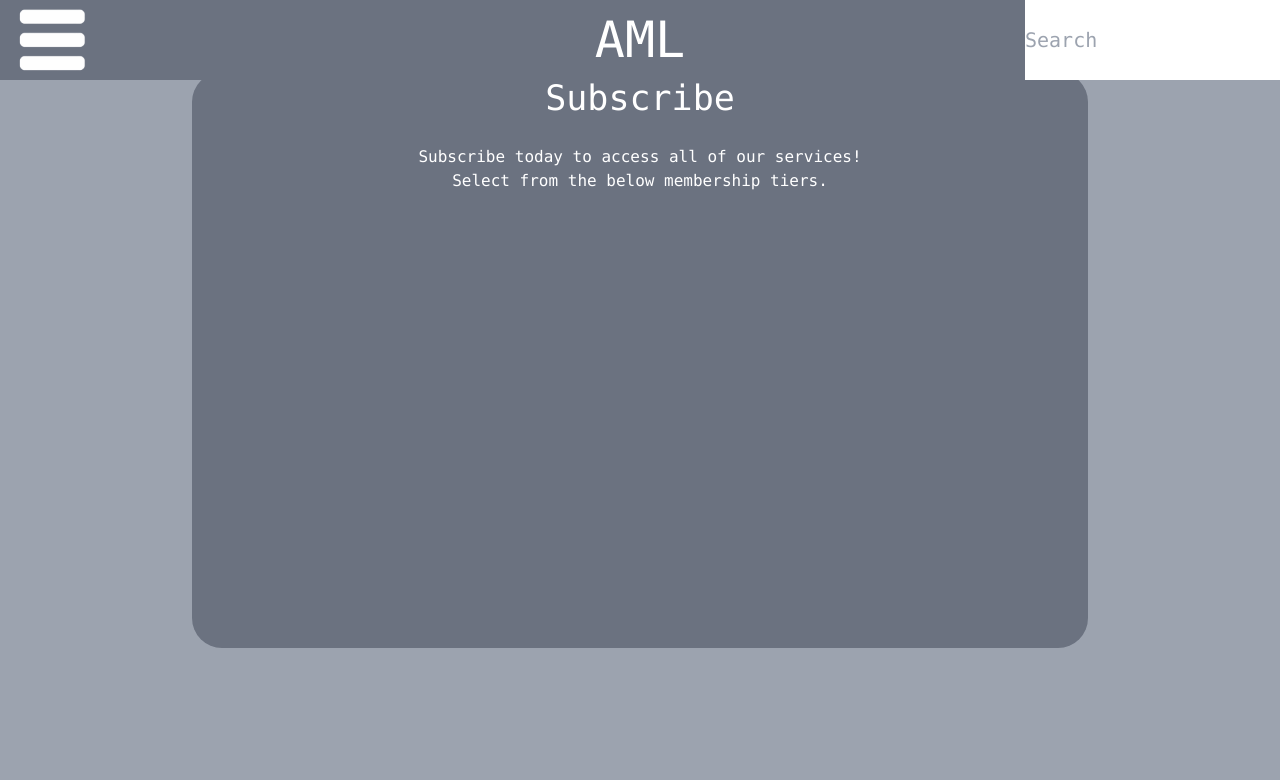
Repository: DuyKhanhDo/AML-Concept
Page: http://localhost/subscribe
These files come from the project's save history. The page is drawn as it stood at one moment and after the next save; the edit follows.
The browser window is 1280 px wide. The pictures show the whole page.
Some web libraries are served in a nearby version. The page is served by the project's Laravel application, run on PHP 8.4 with Laravel 12. A made-up administrator, Test User (test@example.com), is signed in.

Above is the page before, as saved 2024-11-11 12:50:51.

After the next save:
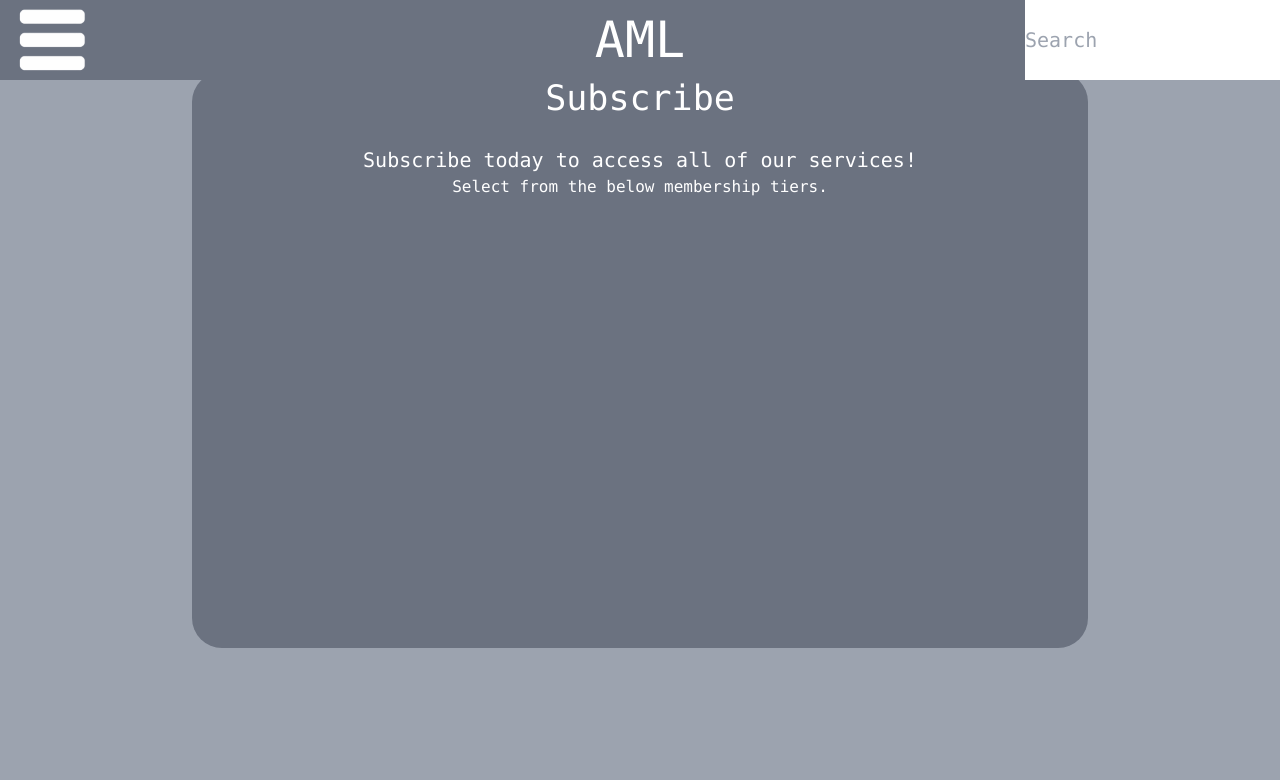
Saved 6 s later.
--- a/resources/views/subscribe.blade.php
+++ b/resources/views/subscribe.blade.php
@@ -3,7 +3,7 @@
         <main class="flex justify-center items-center h-screen">
             <div class="absolute top-[5vh] bg-gray-500 w-[70vw] h-[80vh] mt-[5vh] rounded-[30px] flex items-center flex-col">
                 <h1 class="text-[35px]">Subscribe</h1>
-                <h3 class="text-[20px mt-[20px]">Subscribe today to access all of our services!</h3>
+                <h3 class="text-[20px] mt-[20px]">Subscribe today to access all of our services!</h3>
                 <h5>Select from the below membership tiers.</h5>
             </div>
         </main>
